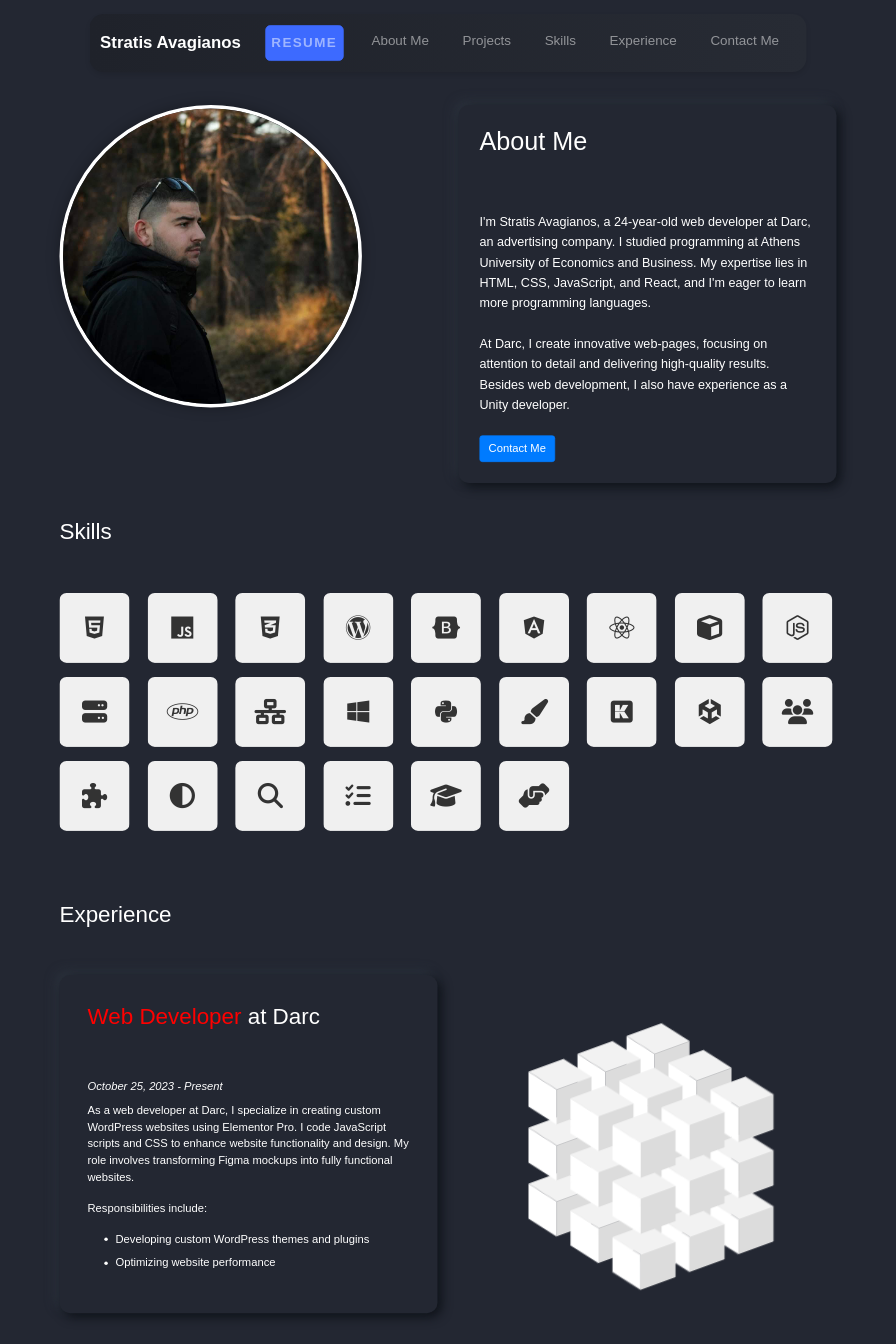
Repository: ava1313/Portfolio
Page: index.html
These files come from the project's save history. The page is drawn as it stood at one moment and after the next save; the edit follows.
The browser window is 1280 px wide. The pictures show the part of the page from y = 0 to 1920 px (the page is 3454 px tall before and 3580 px after), at 70% of full size.
Some web libraries are served in a nearby version.

Above is the page before, as saved 2025-05-08 00:21:10.

### index.html
<!DOCTYPE html>
<html lang="en">
<head>
    <meta charset="UTF-8">
    <meta name="viewport" content="width=device-width, initial-scale=1.0">
    <meta http-equiv="Content-Security-Policy" content="script-src 'self' https://kit.fontawesome.com;">

    <title>My Portfolio</title>
    <link rel="stylesheet" href="https://stackpath.bootstrapcdn.com/bootstrap/4.5.2/css/bootstrap.min.css">
    <link rel="stylesheet" href="style.css">

    <script src="https://kit.fontawesome.com/59bc267a29.js" crossorigin="anonymous"></script>
      <!-- Firebase SDKs -->
  <script src="https://www.gstatic.com/firebasejs/9.22.0/firebase-app-compat.js"></script>
  <script src="https://www.gstatic.com/firebasejs/9.22.0/firebase-database-compat.js"></script>

</head>
<body>

    <nav class="navbar navbar-expand-lg navbar-dark bg-dark fixed-top">
        <div class="container">
            <div class="navbar-header">
                <a class="navbar-brand" href="#">Stratis Avagianos</a>
                <!-- Burger icon with toggle for popup on small screens -->
                <button class="navbar-toggler" type="button" id="toggleMenu">
                    <span class="navbar-toggler-icon"></span>
                </button>

            </div>
            <div class="collapse navbar-collapse" id="navbarSupportedContent">
                <ul class="navbar-nav ml-auto">
                    <li class="nav-item">
                        <a class="nav-link resume-link" href="MyResume.pdf" target="_blank">Resume</a>
                    </li>
                    <li class="nav-item">
                        <a class="nav-link" href="#about">About Me</a>
                    </li>
                    <li class="nav-item">
                        <a class="nav-link" href="#projects">Projects</a>
                    </li>
                    <li class="nav-item">
                        <a class="nav-link" href="#skills">Skills</a>
                    </li>
                    <li class="nav-item">
                        <a class="nav-link" href="#experience">Experience</a>
                    </li>
                    <li class="nav-item">
                        <a class="nav-link" href="#contact">Contact Me</a>
                    </li>
                </ul>
            </div>
        </div>
    </nav>

    <!-- Popup Menu for smaller screens -->
    <!-- Popup Menu for smaller screens -->
<div id="popupMenu" style="display: none; position: fixed; top: 0; left: 0; width: 100vw; height: 100vh; background-color: #232732; z-index: 1050; color: white;">
    <div style="width: 100%; height: 100%; display: flex; flex-direction: column; justify-content: center; align-items: center;">
        <button onclick="togglePopup()" style="position: absolute; top: 20px; right: 20px; border: none; background: none; color: white; font-size: 30px; cursor: pointer;">&times;</button>
        <ul class="navbar-nav">
            <li class="nav-item">
                <a class="nav-link" href="#about" onclick="togglePopup()">About Me</a>
            </li>
            <li class="nav-item">
                <a class="nav-link" href="#projects" onclick="togglePopup()">Projects</a>
            </li>
            <li class="nav-item">
                <a class="nav-link" href="#skills" onclick="togglePopup()">Skills</a>
            </li>
            <li class="nav-item">
                <a class="nav-link" href="#experience" onclick="togglePopup()">Experience</a>
            </li>
            <li class="nav-item">
                <a class="nav-link" href="#contact" onclick="togglePopup()">Contact Me</a>
            </li>
        </ul>
    </div>
</div>




    <!-- Content Area -->
    <div class="content">
        <!-- Your content goes here -->
    </div>



    <section id="about">
        <div class="container">
            <div class="row">
                <div class="col-lg-6">
                    <div class="about-image">
                        <img src="me.jpg" alt="Your Name" class="img-fluid rounded-circle" id="profile-image">
                        <img src="me-cartoon.jpg" alt="Your Name" class="img-fluid rounded-circle" id="profile-image-hover">
                    </div>
                </div>
                <div class="col-lg-6">
                    <div class="about-content">
                        <h2>About Me</h2>
                        <p>I'm Stratis Avagianos, a 24-year-old web developer at Darc, an advertising company. I studied programming at Athens University of Economics and Business. My expertise lies in HTML, CSS, JavaScript, and React, and I'm eager to learn more programming languages.</p>
                        <p>At Darc, I create innovative web-pages, focusing on attention to detail and delivering high-quality results. Besides web development, I also have experience as a Unity developer.</p>
                        <a href="#contact" class="btn btn-primary">Contact Me</a>
                    </div>
                </div>
            </div>
        </div>
    </section>





  <section id="skills">
    <div class="container">
        <h2>Skills</h2>
        <div class="skills-grid">
            <div class="skill" data-tooltip="HTML"><i class="fab fa-html5"></i><span class="skill-name">HTML</span></div>
            <div class="skill" data-tooltip="JavaScript"><i class="fab fa-js"></i><span class="skill-name">JavaScript</span></div>
            <div class="skill" data-tooltip="CSS"><i class="fab fa-css3-alt"></i><span class="skill-name">CSS</span></div>
            <div class="skill" data-tooltip="Wordpress"><i class="fab fa-wordpress"></i><span class="skill-name">Wordpress</span></div>
            <div class="skill" data-tooltip="Bootstrap"><i class="fab fa-bootstrap"></i><span class="skill-name">Bootstrap</span></div>
            <div class="skill" data-tooltip="Angular"><i class="fab fa-angular"></i><span class="skill-name">Angular</span></div>
            <div class="skill" data-tooltip="React"><i class="fab fa-react"></i><span class="skill-name">React</span></div>
            <div class="skill" data-tooltip="Three.js"><i class="fas fa-cube"></i><span class="skill-name">Three.js</span></div>
            <div class="skill" data-tooltip="Node.js"><i class="fab fa-node-js"></i><span class="skill-name">Node.js</span></div>
            <div class="skill" data-tooltip="NGINX"><i class="fas fa-server"></i><span class="skill-name">NGINX</span></div>
            <div class="skill" data-tooltip="PHP"><i class="fab fa-php"></i><span class="skill-name">PHP</span></div>
            <div class="skill" data-tooltip="API"><i class="fas fa-network-wired"></i><span class="skill-name">API</span></div>
            <div class="skill" data-tooltip="C#"><i class="fab fa-windows"></i><span class="skill-name">C#</span></div>
            <div class="skill" data-tooltip="Python"><i class="fab fa-python"></i><span class="skill-name">Python</span></div>
            <div class="skill" data-tooltip="Graphics"><i class="fas fa-paint-brush"></i><span class="skill-name">Graphics</span></div>
            <div class="skill" data-tooltip="Kotlin"><i class="fab fa-korvue"></i><span class="skill-name">Kotlin</span></div>
            <div class="skill" data-tooltip="Unity"><i class="fab fa-unity"></i><span class="skill-name">Unity</span></div>
            <div class="skill" data-tooltip="Team Member Communication Skills"><i class="fas fa-users"></i><span class="skill-name">Team Member Communication Skills</span></div>
            <div class="skill" data-tooltip="Problem-Solving Skills"><i class="fas fa-puzzle-piece"></i><span class="skill-name">Problem-Solving Skills</span></div>
            <div class="skill" data-tooltip="Adaptability"><i class="fas fa-adjust"></i><span class="skill-name">Adaptability</span></div>
            <div class="skill" data-tooltip="Attention to detail"><i class="fas fa-search"></i><span class="skill-name">Attention to detail</span></div>
            <div class="skill" data-tooltip="Multitasking"><i class="fas fa-tasks"></i><span class="skill-name">Multitasking</span></div>
            <div class="skill" data-tooltip="Continuous learning"><i class="fas fa-graduation-cap"></i><span class="skill-name">Continuous learning</span></div>
            <div class="skill" data-tooltip="Collaboration and teamwork"><i class="fas fa-hands-helping"></i><span class="skill-name">Collaboration and teamwork</span></div>
        </div>
    </div>
</section>


<section id="experience">
    <div class="container">
        <h2><span class="experience-title">Experience</span></h2>
        <div class="row">
            <div class="col-lg-6">
                <div class="experience-card">
                    <div class="card-body">
                        <h2><span class="red-text">Web Developer</span> at Darc</h2>
                        <p class="job-duration">October 25, 2023 - Present</p>
                        <p class="job-description">As a web developer at Darc, I specialize in creating custom WordPress websites using Elementor Pro. I code JavaScript scripts and CSS to enhance website functionality and design. My role involves transforming Figma mockups into fully functional websites.</p>
                        <p class="job-responsibilities">Responsibilities include:</p>
                        <ul class="job-responsibilities">
                            <li>Developing custom WordPress themes and plugins</li>
                            <li>Optimizing website performance</li>
                        </ul>
                    </div>
                </div>
            </div>
            <div class="col-lg-6">
                <div class="cube-container">
                    <div class="cube">
                        <div style="--x:-1; --y:0;">
                          <span style="--i:3;"></span>
                          <span style="--i:2;"></span>
                          <span style="--i:1;"></span>
                        </div>
                        <div style="--x:0; --y:0;">
                          <span style="--i:3;"></span>
                          <span style="--i:2;"></span>
                          <span style="--i:1;"></span>
                        </div>
                        <div style="--x:1; --y:0;">
                          <span style="--i:3;"></span>
                          <span style="--i:2;"></span>
                          <span style="--i:1;"></span>
                        </div>
                      </div>
                      <div class="cube">
                        <div style="--x:-1; --y:0;">
                          <span style="--i:3;"></span>
                          <span style="--i:2;"></span>
                          <span style="--i:1;"></span>
                        </div>
                        <div style="--x:0; --y:0;">
                          <span style="--i:3;"></span>
                          <span style="--i:2;"></span>
                          <span style="--i:1;"></span>
                        </div>
                        <div style="--x:1; --y:0;">
                          <span style="--i:3;"></span>
                          <span style="--i:2;"></span>
                          <span style="--i:1;"></span>
                        </div>
                      </div>
                      <div class="cube">
                        <div style="--x:-1; --y:0;">
                          <span style="--i:3;"></span>
                          <span style="--i:2;"></span>
                          <span style="--i:1;"></span>
                        </div>
                        <div style="--x:0; --y:0;">
                          <span style="--i:3;"></span>
                          <span style="--i:2;"></span>
                          <span style="--i:1;"></span>
                        </div>
                        <div style="--x:1; --y:0;">
                          <span style="--i:3;"></span>
                          <span style="--i:2;"></span>
                          <span style="--i:1;"></span>
                        </div>
                      </div>
                </div>
            </div>
        </div>
    </div>
</section>



<section id="projects">
    <div class="container">
        <h2 class="section-title">Projects</h2>
        <div class="row">

            <div class="col-lg-4">
                <div class="project-card">
                    <div class="card-body">
                        <h3>ReLeaf</h3>
                        <p>"Releaf Website represents my foray into HTML and marks the beginning of my journey in web development. This experimental site showcases my initial steps in crafting engaging digital experiences. Leveraging technologies such as Owl Carousel and Leaf Maps, I aimed to enhance user interaction and create a visually compelling environment. Through this project, I've not only honed my HTML skills but also gained valuable insights into incorporating dynamic elements and interactive features into web design."
                        </p>
                        <a href="https://github.com/ava1313/ReLeaf" class="btn"  target="_blank">View on GitHub</a>
                    </div>
                </div>
            </div>
            <div class="col-lg-4">
                <div class="project-card">
                    <div class="card-body">
                        <h3>Travel Blog</h3>
                        <p>"This project is a travel blog site where I aimed to enhance my knowledge of parallax animation technology. Through the implementation of captivating parallax effects, I sought to create an engaging and visually dynamic user experience. By incorporating this innovative technique into the site's design, I aimed to elevate the storytelling aspect of the blog and provide visitors with an immersive journey through each destination showcased on the platform."
                        </p>

                        <a href="https://github.com/ava1313/Travel-Blog" class="btn" target="_blank">View on GitHub</a>
                    </div>
                </div>
            </div>
            <div class="col-lg-4">
                <div class="project-card">
                    <div class="card-body">
                        <h3>Activity Tracker </h3>
                        <p>"Activity Tracker is a mobile application designed to seamlessly monitor and analyze your outdoor activities. With a focus on precision, it captures crucial metrics such as longitude, latitude, and more, providing comprehensive statistics tailored to your training regimen. "</p>
                        <a href="https://github.com/ava1313/ActivityTracker" class="btn"  target="_blank">View on GitHub</a>
                    </div>
                </div>
            </div>
        </div>
    </div>
</section>





<section id="contact">
    <div class="container">
        <h2 class="section-title">Contact Me</h2>
        <div class="contact-form">
            <form action="mailto:stratosav1999@gmail.com" method="post" enctype="text/plain">
                <label for="name">Name:</label><br>
                <input type="text" id="name" name="name"><br>
                <label for="email">Email:</label><br>
                <input type="email" id="email" name="email"><br>
                <label for="message">Message:</label><br>
                <textarea id="message" name="message" rows="4"></textarea><br>
                <input type="submit" value="Submit">
            </form>
        </div>
        <div class="social-links">
            <a href="https://www.instagram.com/avagianos_/" class="social-link" target="_blank">
                <svg xmlns="http://www.w3.org/2000/svg" x="0px" y="0px" width="48" height="48" viewBox="0 0 48 48">
                    <radialGradient id="yOrnnhliCrdS2gy~4tD8ma_Xy10Jcu1L2Su_gr1" cx="19.38" cy="42.035" r="44.899" gradientUnits="userSpaceOnUse"><stop offset="0" stop-color="#fd5"></stop><stop offset=".328" stop-color="#ff543f"></stop><stop offset=".348" stop-color="#fc5245"></stop><stop offset=".504" stop-color="#e64771"></stop><stop offset=".643" stop-color="#d53e91"></stop><stop offset=".761" stop-color="#cc39a4"></stop><stop offset=".841" stop-color="#c837ab"></stop></radialGradient><path fill="url(#yOrnnhliCrdS2gy~4tD8ma_Xy10Jcu1L2Su_gr1)" d="M34.017,41.99l-20,0.019c-4.4,0.004-8.003-3.592-8.008-7.992l-0.019-20	c-0.004-4.4,3.592-8.003,7.992-8.008l20-0.019c4.4-0.004,8.003,3.592,8.008,7.992l0.019,20	C42.014,38.383,38.417,41.986,34.017,41.99z"></path><radialGradient id="yOrnnhliCrdS2gy~4tD8mb_Xy10Jcu1L2Su_gr2" cx="11.786" cy="5.54" r="29.813" gradientTransform="matrix(1 0 0 .6663 0 1.849)" gradientUnits="userSpaceOnUse"><stop offset="0" stop-color="#4168c9"></stop><stop offset=".999" stop-color="#4168c9" stop-opacity="0"></stop></radialGradient><path fill="url(#yOrnnhliCrdS2gy~4tD8mb_Xy10Jcu1L2Su_gr2)" d="M34.017,41.99l-20,0.019c-4.4,0.004-8.003-3.592-8.008-7.992l-0.019-20	c-0.004-4.4,3.592-8.003,7.992-8.008l20-0.019c4.4-0.004,8.003,3.592,8.008,7.992l0.019,20	C42.014,38.383,38.417,41.986,34.017,41.99z"></path><path fill="#fff" d="M24,31c-3.859,0-7-3.14-7-7s3.141-7,7-7s7,3.14,7,7S27.859,31,24,31z M24,19c-2.757,0-5,2.243-5,5	s2.243,5,5,5s5-2.243,5-5S26.757,19,24,19z"></path><circle cx="31.5" cy="16.5" r="1.5" fill="#fff"></circle><path fill="#fff" d="M30,37H18c-3.859,0-7-3.14-7-7V18c0-3.86,3.141-7,7-7h12c3.859,0,7,3.14,7,7v12	C37,33.86,33.859,37,30,37z M18,13c-2.757,0-5,2.243-5,5v12c0,2.757,2.243,5,5,5h12c2.757,0,5-2.243,5-5V18c0-2.757-2.243-5-5-5H18z"></path>
                    </svg>
            </a>
            <a class="social-link" href="https://www.linkedin.com/in/stratis-avagianos798753231/" target="_blank">
                <svg xmlns="http://www.w3.org/2000/svg" x="0px" y="0px" width="100" height="100" viewBox="0 0 48 48">
                    <path fill="#0078d4" d="M42,37c0,2.762-2.238,5-5,5H11c-2.761,0-5-2.238-5-5V11c0-2.762,2.239-5,5-5h26c2.762,0,5,2.238,5,5	V37z"></path><path d="M30,37V26.901c0-1.689-0.819-2.698-2.192-2.698c-0.815,0-1.414,0.459-1.779,1.364	c-0.017,0.064-0.041,0.325-0.031,1.114L26,37h-7V18h7v1.061C27.022,18.356,28.275,18,29.738,18c4.547,0,7.261,3.093,7.261,8.274	L37,37H30z M11,37V18h3.457C12.454,18,11,16.528,11,14.499C11,12.472,12.478,11,14.514,11c2.012,0,3.445,1.431,3.486,3.479	C18,16.523,16.521,18,14.485,18H18v19H11z" opacity=".05"></path><path d="M30.5,36.5v-9.599c0-1.973-1.031-3.198-2.692-3.198c-1.295,0-1.935,0.912-2.243,1.677	c-0.082,0.199-0.071,0.989-0.067,1.326L25.5,36.5h-6v-18h6v1.638c0.795-0.823,2.075-1.638,4.238-1.638	c4.233,0,6.761,2.906,6.761,7.774L36.5,36.5H30.5z M11.5,36.5v-18h6v18H11.5z M14.457,17.5c-1.713,0-2.957-1.262-2.957-3.001	c0-1.738,1.268-2.999,3.014-2.999c1.724,0,2.951,1.229,2.986,2.989c0,1.749-1.268,3.011-3.015,3.011H14.457z" opacity=".07"></path><path fill="#fff" d="M12,19h5v17h-5V19z M14.485,17h-0.028C12.965,17,12,15.888,12,14.499C12,13.08,12.995,12,14.514,12	c1.521,0,2.458,1.08,2.486,2.499C17,15.887,16.035,17,14.485,17z M36,36h-5v-9.099c0-2.198-1.225-3.698-3.192-3.698	c-1.501,0-2.313,1.012-2.707,1.99C24.957,25.543,25,26.511,25,27v9h-5V19h5v2.616C25.721,20.5,26.85,19,29.738,19	c3.578,0,6.261,2.25,6.261,7.274L36,36L36,36z"></path>
                    </svg>
            </a>

            <a href="https://github.com/ava1313" class="social-link"     target="_blank">
                <svg xmlns="http://www.w3.org/2000/svg" x="0px" y="0px" width="100" height="100" viewBox="0 0 72 72">
                    <path d="M36,12c13.255,0,24,10.745,24,24c0,10.656-6.948,19.685-16.559,22.818c0.003-0.009,0.007-0.022,0.007-0.022	s-1.62-0.759-1.586-2.114c0.038-1.491,0-4.971,0-6.248c0-2.193-1.388-3.747-1.388-3.747s10.884,0.122,10.884-11.491	c0-4.481-2.342-6.812-2.342-6.812s1.23-4.784-0.426-6.812c-1.856-0.2-5.18,1.774-6.6,2.697c0,0-2.25-0.922-5.991-0.922	c-3.742,0-5.991,0.922-5.991,0.922c-1.419-0.922-4.744-2.897-6.6-2.697c-1.656,2.029-0.426,6.812-0.426,6.812	s-2.342,2.332-2.342,6.812c0,11.613,10.884,11.491,10.884,11.491s-1.097,1.239-1.336,3.061c-0.76,0.258-1.877,0.576-2.78,0.576	c-2.362,0-4.159-2.296-4.817-3.358c-0.649-1.048-1.98-1.927-3.221-1.927c-0.817,0-1.216,0.409-1.216,0.876s1.146,0.793,1.902,1.659	c1.594,1.826,1.565,5.933,7.245,5.933c0.617,0,1.876-0.152,2.823-0.279c-0.006,1.293-0.007,2.657,0.013,3.454	c0.034,1.355-1.586,2.114-1.586,2.114s0.004,0.013,0.007,0.022C18.948,55.685,12,46.656,12,36C12,22.745,22.745,12,36,12z"></path>
                    </svg>
            </a>
        </div>
    </div>
</section>


<script src="https://code.jquery.com/jquery-3.5.1.slim.min.js"></script>
<script src="https://cdn.jsdelivr.net/npm/@popperjs/core@2.5.4/dist/umd/popper.min.js"></script>
<script src="https://stackpath.bootstrapcdn.com/bootstrap/4.5.2/js/bootstrap.min.js"></script>
<script src="script.js"></script>


</body>
</html>

Loaded but not shown: script.js (52 lines, source omitted); style.css (887 lines, source omitted)

After the next save:
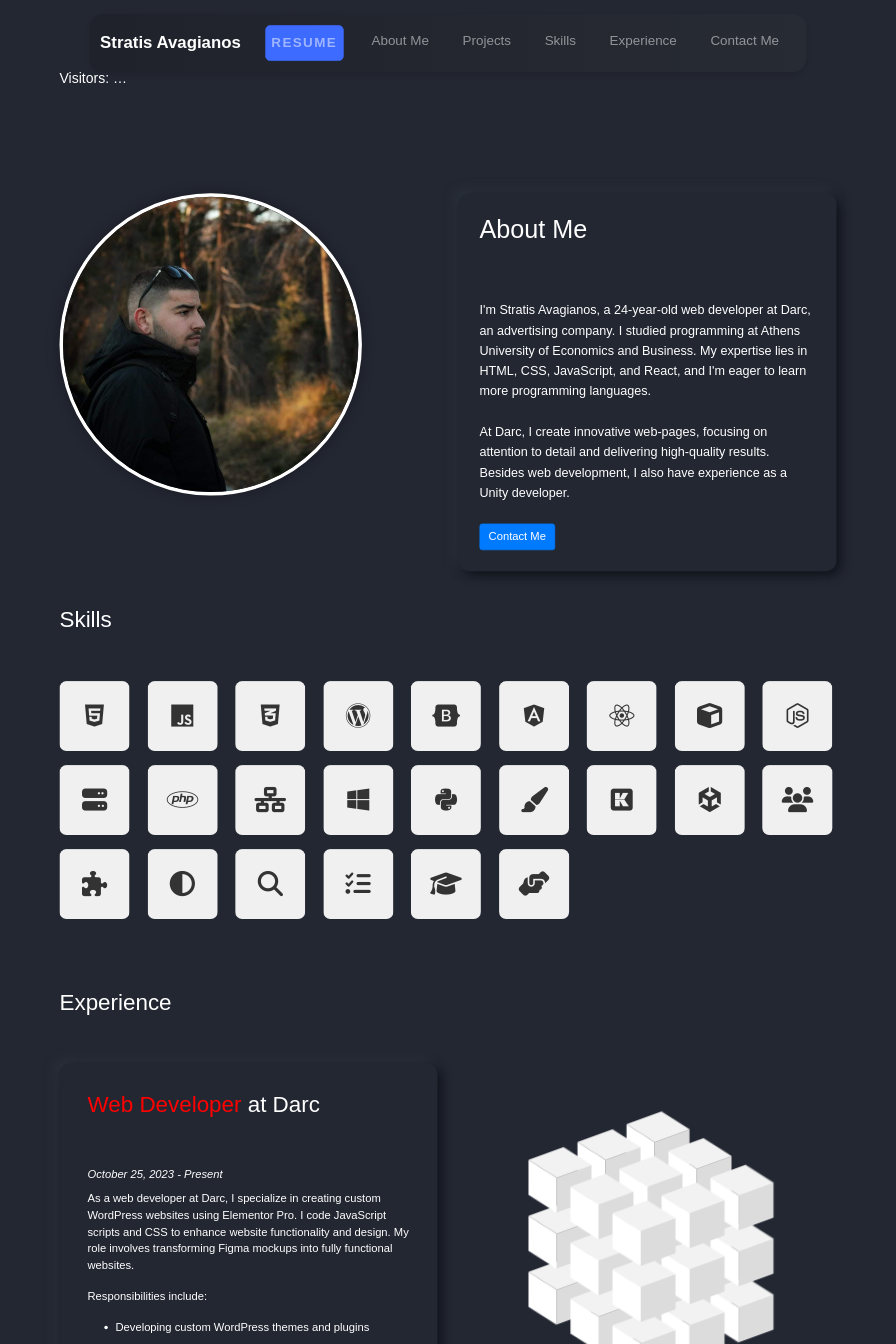
Saved 51 s later.
--- a/index.html
+++ b/index.html
@@ -76,6 +76,10 @@
         </ul>
     </div>
 </div>
+  <!-- Visitor Counter -->
+  <div class="container mt-5 pt-5">
+    <p id="visitor-count" class="lead">Visitors: …</p>
+  </div>
 
 
 
